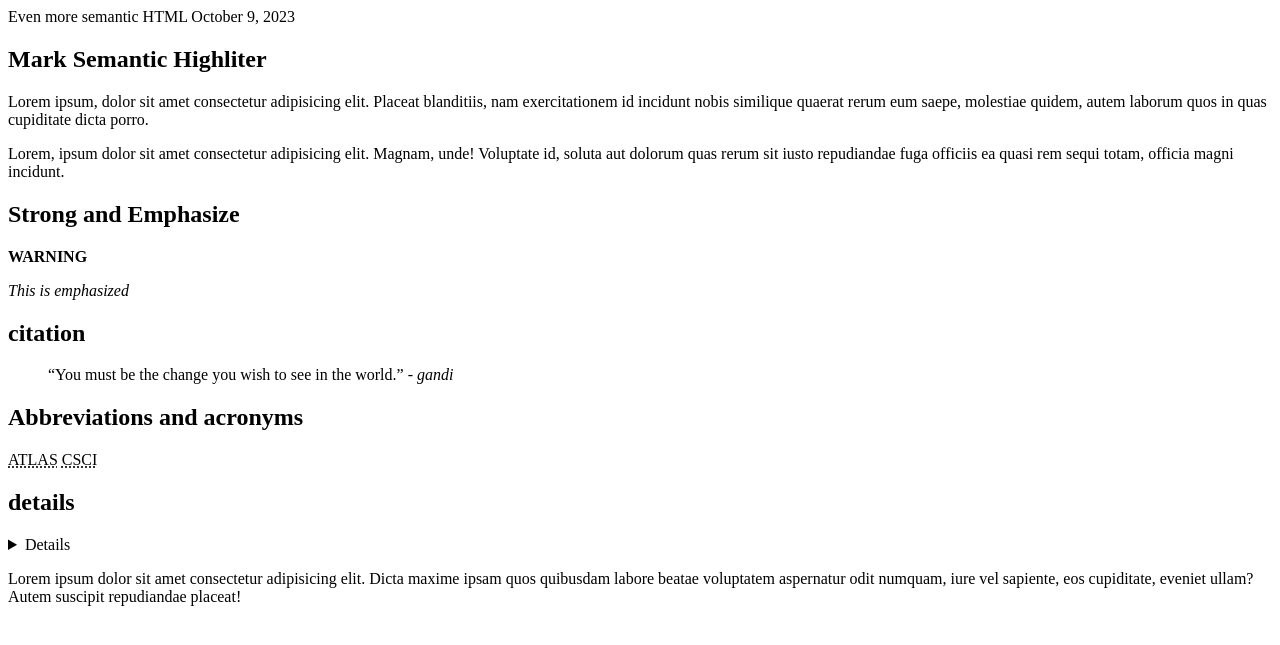
Repository: ethan-schrauf/UniversalDesignWebsite
Page: Universal Design In-Class/specific-semantic-html5.html
An editor plug-in stored every save of this project. The page is shown before and after the next save, followed by the edit.
The browser window is 1280 px wide. The pictures show the whole page.

Above is the page before, as saved 2023-10-09 16:39:59.

### Universal Design In-Class/specific-semantic-html5.html
<!DOCTYPE html>
<html lang="en">
<head>
    <meta charset="UTF-8">
    <meta http-equiv="X-UA-Compatible" content="IE=edge">
    <meta name="viewport" content="width=device-width, initial-scale=1.0">
    <title>Even more semantic HTML</title>
</head>
<body>
    <header><h>Even more semantic HTML</h>
    <time datetime="2023-10-19"> October 9, 2023</time>
    <!-- used to timestamp a page -->
    </header>

    <main>
        <section>
            <h2>Mark Semantic Highliter</h2>
            <p>Lorem ipsum, dolor sit amet consectetur adipisicing elit. Placeat blanditiis, nam exercitationem id incidunt nobis similique quaerat rerum eum saepe, molestiae quidem, autem laborum quos in quas cupiditate dicta porro.</p>
            <p>Lorem, ipsum dolor sit amet consectetur adipisicing elit. Magnam, unde! Voluptate id, soluta aut dolorum quas rerum sit iusto repudiandae fuga officiis ea quasi rem sequi totam, officia magni incidunt.</p>
        </section>

        <section>
            <h2>Strong and Emphasize</h2>
            <p><strong> WARNING</strong></p>
            <em>This is emphasized</em>
        </section>

        <section>
            <h2>citation</h2>
            <blockquote cite="https://www.linkedin.com/pulse/20140813120052-14431679-the-story-behind-you-must-be-the-change-you-wish-to-see-in-the-world/">
                <!-- q puts it in quotes for you -->
            <q>You must be the change you wish to see in the world.</q>
            <cite> - gandi</cite>
            </blockquote>
          </section>

          <section>
            <h2>Abbreviations and acronyms</h2>
            <abbr title= "Alliance for Technology Learning and Society">ATLAS</abbr>
            <abbr title= "Computer Science">CSCI</abbr>
          </section>

          <section>
            <h2>details</h2>
            <details>Faq number uno</details>
            <p>Lorem ipsum dolor sit amet consectetur adipisicing elit. Dicta maxime ipsam quos quibusdam labore beatae voluptatem aspernatur odit numquam, iure vel sapiente, eos cupiditate, eveniet ullam? Autem suscipit repudiandae placeat!</p>
          </section>

    </main>


</html>

After the next save:
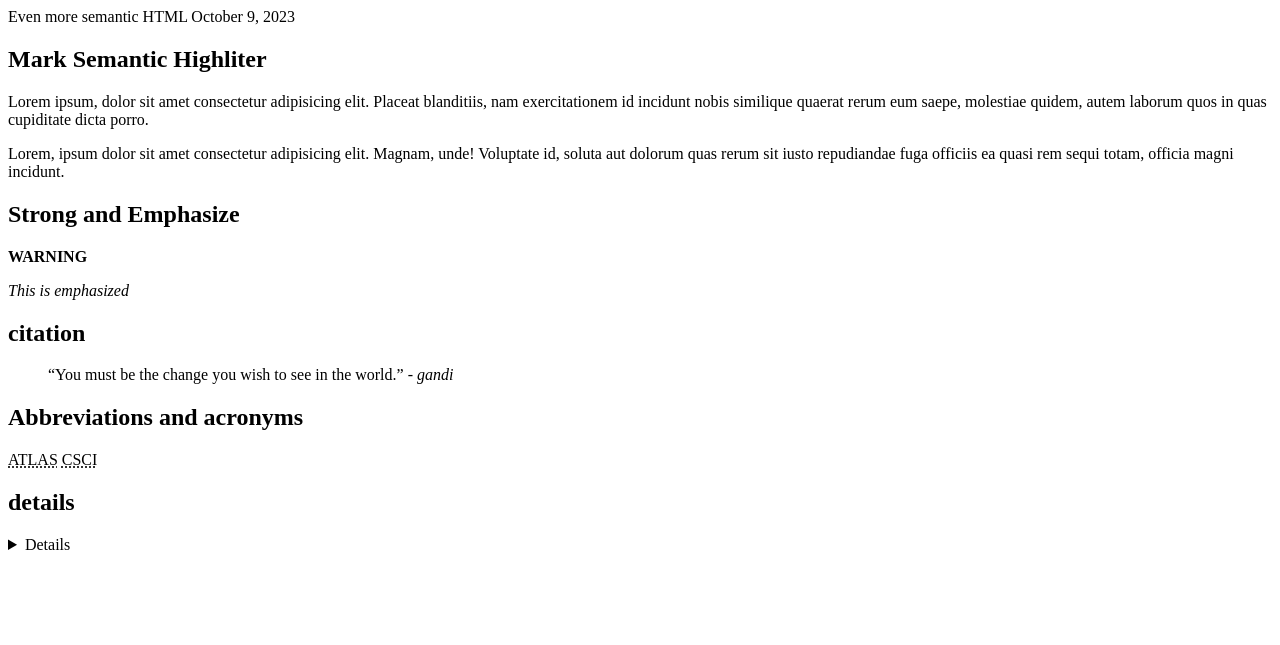
Saved 48 s later.
--- a/Universal Design In-Class/specific-semantic-html5.html
+++ b/Universal Design In-Class/specific-semantic-html5.html
@@ -42,8 +42,10 @@
 
           <section>
             <h2>details</h2>
-            <details>Faq number uno</details>
+            <details>
+            <sumamry>Faq number uno</sumamry>
             <p>Lorem ipsum dolor sit amet consectetur adipisicing elit. Dicta maxime ipsam quos quibusdam labore beatae voluptatem aspernatur odit numquam, iure vel sapiente, eos cupiditate, eveniet ullam? Autem suscipit repudiandae placeat!</p>
+        </details>
           </section>
 
     </main>
